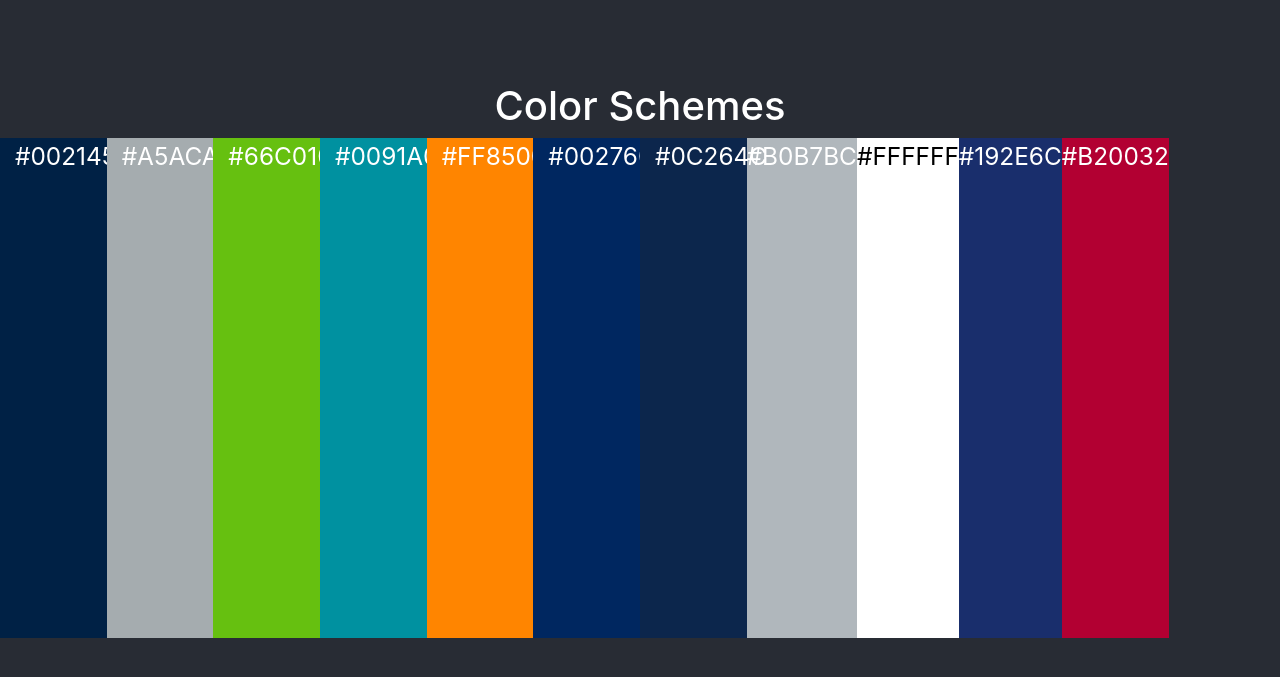
Repository: MikeTroianello/troianello.co
Page: /
The author's editor kept a copy of each file at every save. The page is drawn from the files as they stood at one save, then again after the next save.
The browser window is 1280 px wide. The pictures show the whole page.
The project was rebuilt for these pictures with package versions that can differ from the ones it lists, and the page was loaded fresh each time.

Above is the page before, as saved 2019-06-24 17:59:04.

After the next save:
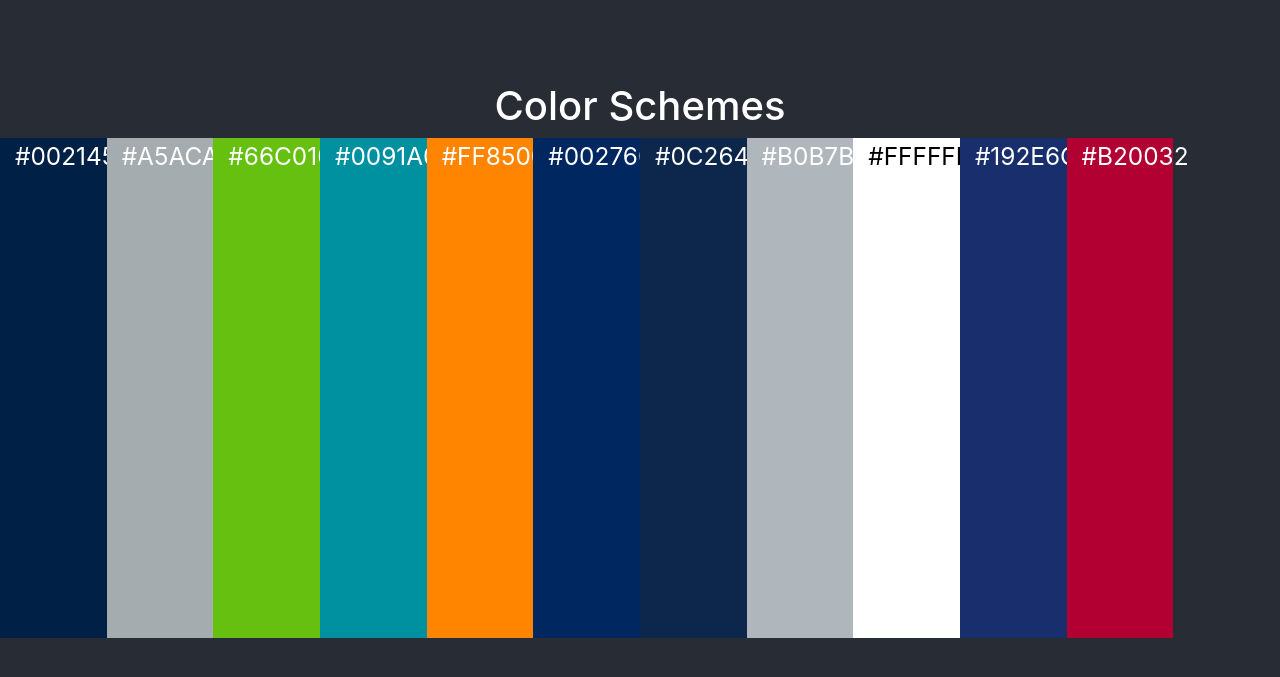
Saved 3 min 18 s later.
--- a/src/App.js
+++ b/src/App.js
@@ -24,13 +24,13 @@
             {/* <div className='col-1 teams cowboys'> */}
             {/* <h2>COWBOYS</h2> */}
             <div className='col-1 c-blue'>#0C264C</div>
-            <div className='c-gray'>#B0B7BC</div>
-            <div className='c-white'>#FFFFFF</div>
+            <div className='col-1 c-gray'>#B0B7BC</div>
+            <div className='col-1 c-white'>#FFFFFF</div>
             {/* </div> */}
             {/* <div className='teams giants'> */}
             {/* <h2>GIANTS</h2> */}
-            <div className='g-blue'>#192E6C</div>
-            <div className='g-red'>#B20032</div>
+            <div className='col-1 g-blue'>#192E6C</div>
+            <div className='col-1 g-red'>#B20032</div>
             {/* </div> */}
           </div>
         </div>
